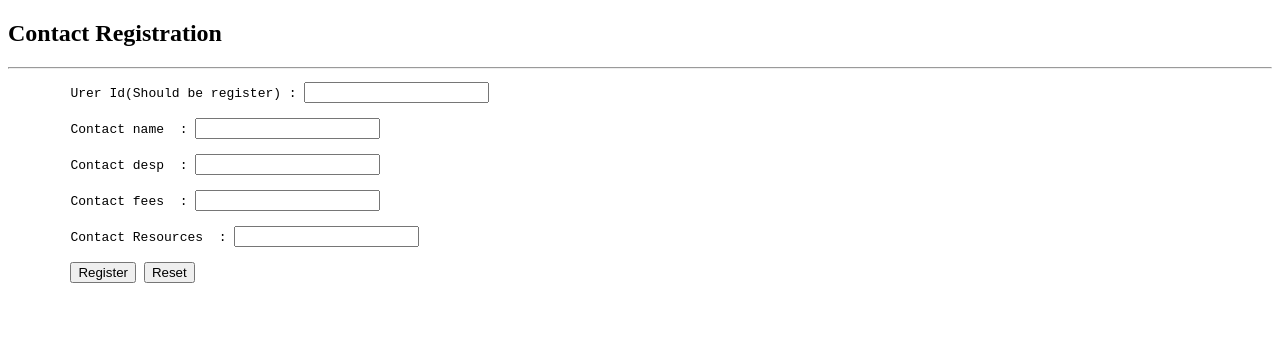
Repository: rathorea439/eLearning
Page: http://localhost/eLearing-springMVC/WEB-INF/views/add-contact.jsp
The author's editor kept a copy of each file at every save. The page is drawn from the files as they stood at one save, then again after the next save.
The browser window is 1280 px wide. The pictures show the whole page.
The page is served by Tomcat 9. Nobody is signed in. Other server files are loaded and not shown. The template is opened directly, without the code that normally fills it, so the values that code supplies are empty.

Above is the page before, as saved 2021-07-26 16:48:35.

### eLearing-springMVC/src/main/webapp/WEB-INF/views/add-contact.jsp
<%@ page language="java" contentType="text/html; charset=ISO-8859-1"
	pageEncoding="ISO-8859-1"%>
<%@ taglib uri="http://www.springframework.org/tags/form" prefix="form" %>
<!DOCTYPE html>
<html>
<head>
<meta charset="ISO-8859-1">
<title>Add Contact</title>
</head>
<body>
	<h2>Contact Registration</h2>
	<hr>
	<form:form action="register4" method="POST" modelAttribute="contact">
		<pre>
        Urer Id(Should be register) : <form:input path="user_id" /><br>
        Contact name  : <form:input path="name"/><br>
        Contact desp  : <form:input path="email" /><br>
        Contact fees  : <form:input path="phone_no" /><br>
        Contact Resources  : <form:input path="contact_id" /><br>
        <input type="submit" value="Register" /> <input
				type="reset" value="Reset" />
        </pre>
	</form:form>
</body>
</html>

After the next save:
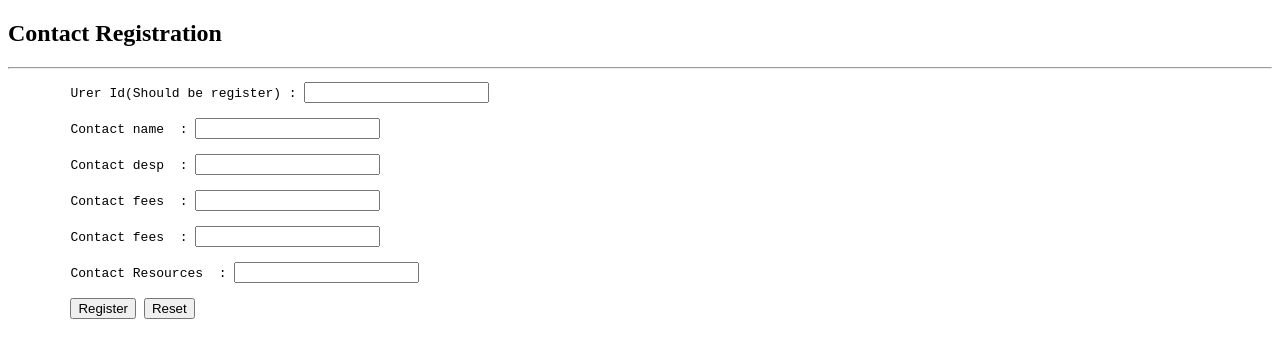
Saved 25 s later.
--- a/eLearing-springMVC/src/main/webapp/WEB-INF/views/add-contact.jsp
+++ b/eLearing-springMVC/src/main/webapp/WEB-INF/views/add-contact.jsp
@@ -16,6 +16,7 @@
         Contact name  : <form:input path="name"/><br>
         Contact desp  : <form:input path="email" /><br>
         Contact fees  : <form:input path="phone_no" /><br>
+        Contact fees  : <form:input path="message" /><br>
         Contact Resources  : <form:input path="contact_id" /><br>
         <input type="submit" value="Register" /> <input
 				type="reset" value="Reset" />
